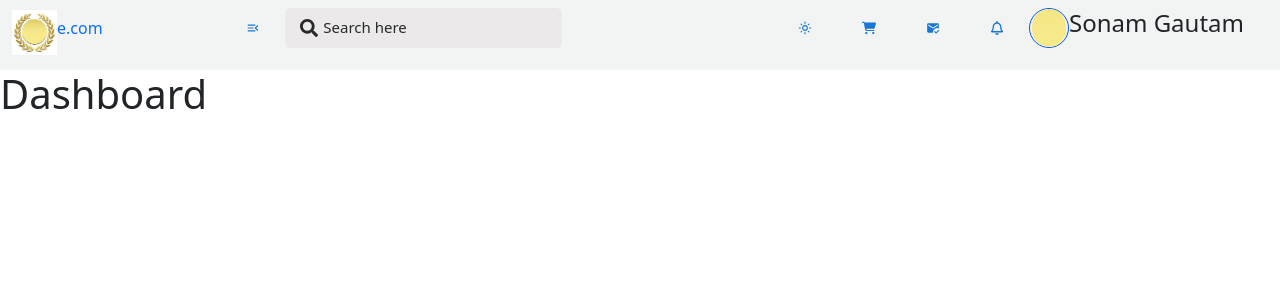
Repository: gautamsonam011/admin-react-dashboard
Page: /
These files come from the project's save history. The page is drawn as it stood at one moment and after the next save; the edit follows.
The browser window is 1280 px wide. The pictures show the whole page.
The project was rebuilt for these pictures with package versions that can differ from the ones it lists, and the page was loaded fresh each time.

Above is the page before, as saved 2025-04-14 14:08:10.

### src/App.js
import { BrowserRouter, Routes, Route } from 'react-router-dom';
import './App.css';
import 'bootstrap/dist/css/bootstrap.min.css';
import Dashboard from './pages/Dashboard/Dashboard';
import Header from "./components/Header/index";
function App() {
  return (
    <BrowserRouter>
    <Header/>
    <Routes>
      <Route path = "/" exact={true} element={<Dashboard/>} />
    </Routes>
    </BrowserRouter>
  );
}

export default App;

### src/App.css
@import url('https://fonts.googleapis.com/css2?family=Ubuntu:ital,wght@0,300;0,400;0,500;0,700;1,300;1,400;1,500;1,700&display=swap');

body{
  font-family: "Ubuntu", sans-serif;
  background-color: #fff;

}

header{
  width:100%;
  height: 70px;
  background-color:#f2f3f3;
}
header .logo{
  text-decoration: none;
}
header .logo img{
  margin-top: 10px;
  width:45px;

}

header .logo span{
color: coral;
font-weight: bolder;
font-size: 24px;
}
header button .rounded-circle{min-width:40px !important; width:40px !important; height: 40px !important; background-color:#f0f5ff !important}
header button .rounded-circle svg{color:rgb(29, 27, 27); font-size: 25px !important;}
.searchBox{width:400px; height: 40px; background-color:#ebe9e9; border-radius: 6px;padding: 3px 15px;}
.searchBox input{background: transparent;border:0px; outline:none; padding-left: 5px; font-size: 15px; color:#292929}
.searchBox input::-webkit-input-placeholder{color:#292929}
.searchBox svg{font-size: 18px; color:#292929 ;}

.myAccount .userImg{display: flex; align-items:center; justify-content: center; overflow: hidden; width:40px; height: 40px; border:1px solid #0858f7; padding: 2px; border-radius: 100%;}
.myAccount .userImg .rounded-circle{display: flex; align-items:center; justify-content: center; overflow: hidden; width: 40px; height: 40px; cursor: pointer; position: relative;}
.myAccount .userImg .rounded-circle .img{object-fit: cover; width: 100%;}

### src/pages/Dashboard/Dashboard.jsx
const Dashboard = () =>{
    return (
        <>
        <h1>Dashboard</h1>
        </>
    )
}

export default Dashboard;

### src/components/Header/index.jsx
import {Link} from "react-router-dom";
import logo from "../../assests/images/logo.jpg";
import Button from '@mui/material/Button';
import { MdMenuOpen } from "react-icons/md";
import { MdOutlineMenu } from "react-icons/md";
import SearchBox from "../SearchBox";
import { MdOutlineLightMode } from "react-icons/md";
import { MdDarkMode } from "react-icons/md";
import { FaCartShopping } from "react-icons/fa6";
import { MdMarkEmailRead } from "react-icons/md";
import { FaRegBell } from "react-icons/fa";


const Header = () =>{
    return (
        <>
        <header>
            <div className="container-fluid">
                <div className="row d-flex align-items-center w-100">
                    {/* logo */}
                    <div className="col-sm-2">
                        <Link to="/" className="d-flex align-items-center logo">
                        <img src={logo} alt="logo"/>
                        <spam className="ml-2">e.com</spam>
                        </Link>
                    </div>
                    <div className="col-sm-3 d-flex align-items-center pl-4">
                    <Button className="rounded-circle"><MdMenuOpen/></Button>
                    <SearchBox/>
                    </div>
                    <div className="col-sm-7 d-flex align-items-center justify-content-end part3">
                    <Button className="rounded-circle"><MdOutlineLightMode/></Button>
                    <Button className="rounded-circle"><FaCartShopping/></Button>
                    <Button className="rounded-circle"><MdMarkEmailRead/></Button>
                    <Button className="rounded-circle"><FaRegBell/></Button>

                    <div className="myAccountWrapper">
                    <div className="myAccount d-flex align-items-center">
                        <div className="userImg">
                            <span className="rounded-circle">
                            <img src={logo} alt="profile" />
                            </span>

                        </div>
                        <div className="userInfo">
                            <h4>Sonam Gautam</h4>
                        </div>
                    </div>
                    </div>
                    </div>
                </div>
            </div>
        </header>
        </>
    )
}

export default Header

### src/components/SearchBox.jsx
import { FaSearch } from "react-icons/fa";

const SearchBox = () =>{
    return (
        <div className="searchBox position-relative d-flex align-items-center">
            <FaSearch className="mr-2" />
            <input type="text" placeholder="Search here"  />
        </div>
    )
}

export default SearchBox;

Loaded but not shown: public/index.html (common file); src/index.js (common file); src/reportWebVitals.js (common file)

After the next save:
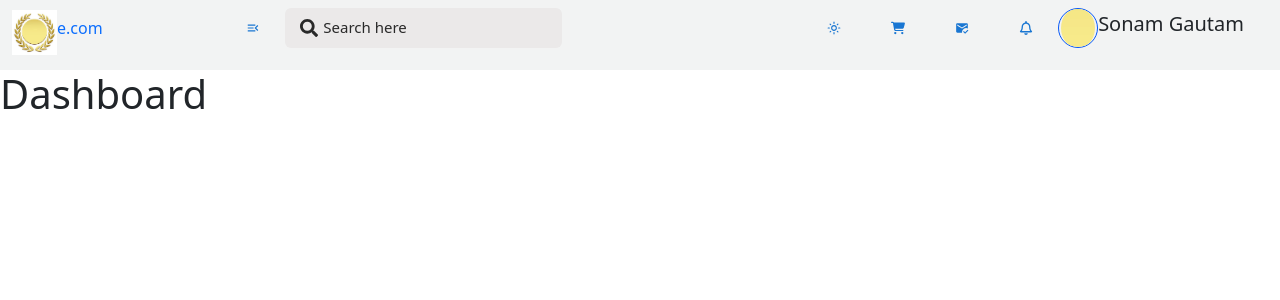
Saved 15 s later.
--- a/src/components/Header/index.jsx
+++ b/src/components/Header/index.jsx
@@ -43,7 +43,7 @@ const Header = () =>{
 
                         </div>
                         <div className="userInfo">
-                            <h4>Sonam Gautam</h4>
+                            <h5>Sonam Gautam</h5>
                         </div>
                     </div>
                     </div>
